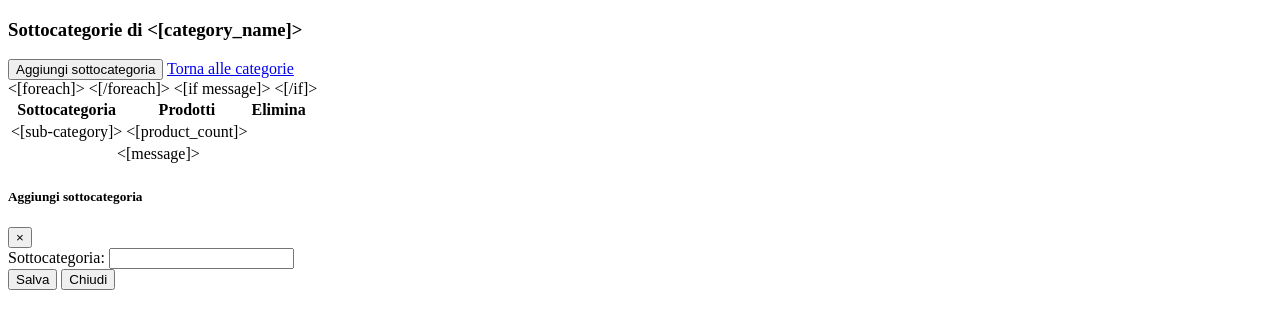
Repository: i4c0ni99/MotorShop
Page: skins/multikart_all_in_one/back-end/category-sub.html
The author's editor kept a copy of each file at every save. The page is drawn from the files as they stood at one save, then again after the next save.
The browser window is 1280 px wide. The pictures show the whole page.

Above is the page before, as saved 2024-11-03 11:09:33.

After the next save:
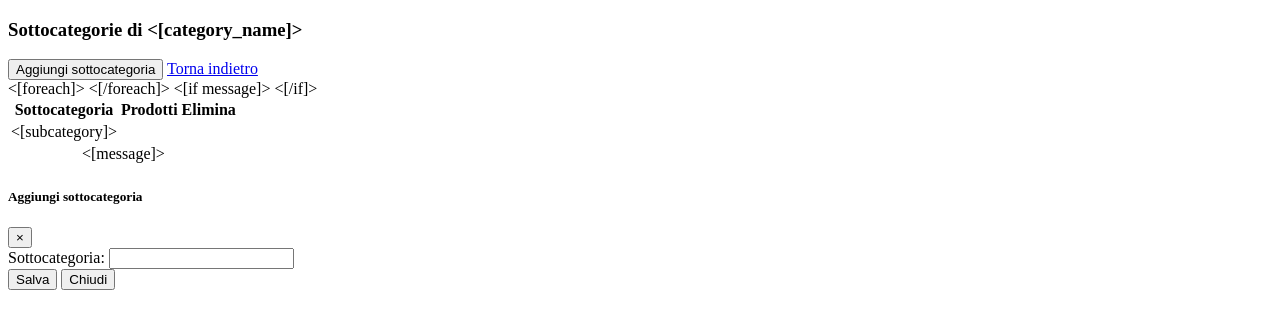
Saved 1 s later.
--- a/skins/multikart_all_in_one/back-end/category-sub.html
+++ b/skins/multikart_all_in_one/back-end/category-sub.html
@@ -33,7 +33,7 @@
                             <button type="button" class="btn btn-primary mt-md-0 mt-2" data-bs-toggle="modal"
                                 data-original-title="test" data-bs-target="#exampleModal">
                                 Aggiungi sottocategoria</button>
-                            <a href="create-category.php" class="btn btn-secondary mt-md-0 mt-2">Torna alle categorie</a>
+                            <a href="create-category.php" class="btn btn-secondary mt-md-0 mt-2">Torna indietro</a>
                         </div>
 
                         <div class="card-body">
@@ -50,8 +50,8 @@
                                     <tbody>
                                         <[foreach]>
                                             <tr>
-                                                <td data-field="sottocategoria"><[sub-category]></td>
-                                                <td data-field="prodotti"><[product_count]></td>
+                                                <td data-field="sottocategoria"><[subcategory]></td>
+                                                <td data-field="prodotti"></td>
                                                 <td>
                                                     <a href="<[delete_url]>">
                                                         <i class="fa fa-trash" title="Elimina"></i>
